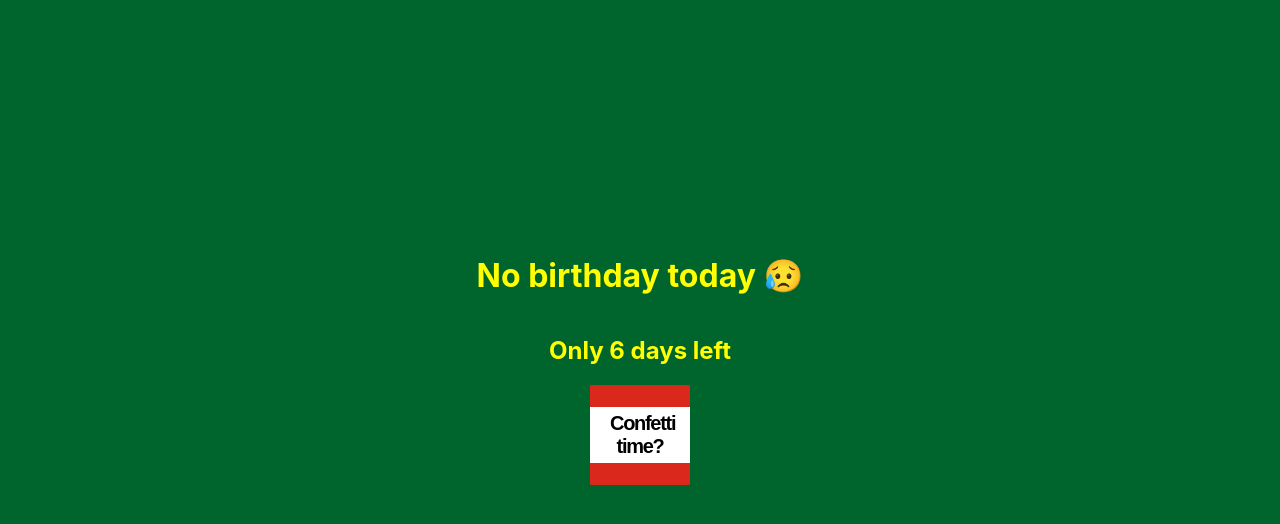
Repository: David-Waite/HannahsBirthdayWebsite
Page: /
These files come from the project's save history. The page is drawn as it stood at one moment and after a run of saves; the edit follows.
The browser window is 1280 px wide. The pictures show the whole page.
The project was rebuilt for these pictures with package versions that can differ from the ones it lists, and the page was loaded fresh each time.

Above is the page before, as saved 2023-03-30 18:24:42.

After the next 2 saves:
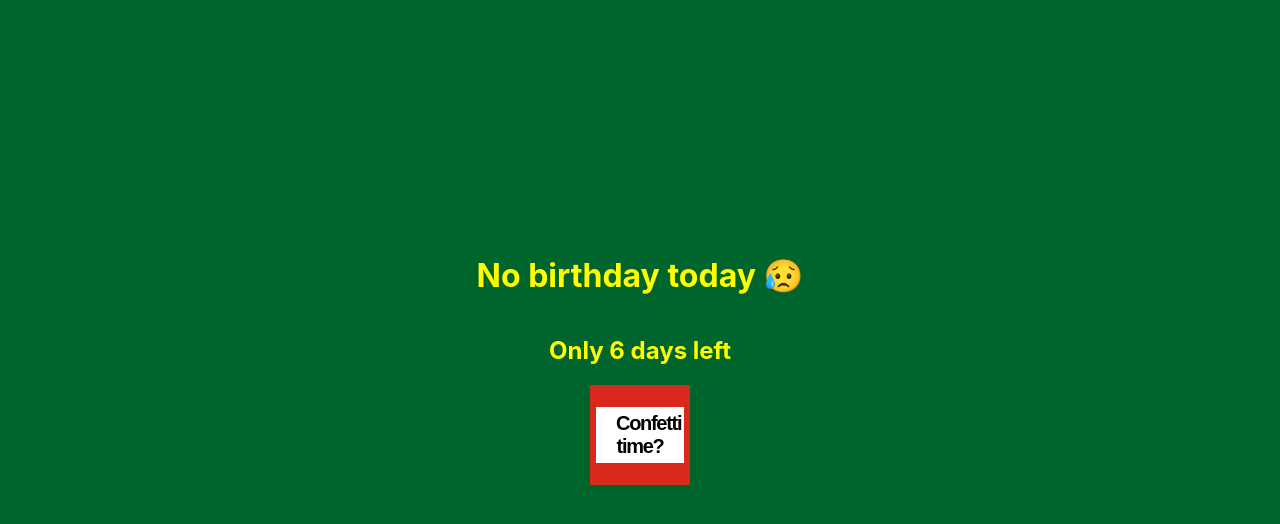
The 2 saves are shown as one change because they came seconds apart.
The last was saved 8 s later.
--- a/src/index.css
+++ b/src/index.css
@@ -22,7 +22,7 @@ button {
   border: none;
   height: 100px;
   width: 100px;
-  padding: 0px 0px;
+
   background-color: #da291c;
   color: black;
   font-size: 20px;
